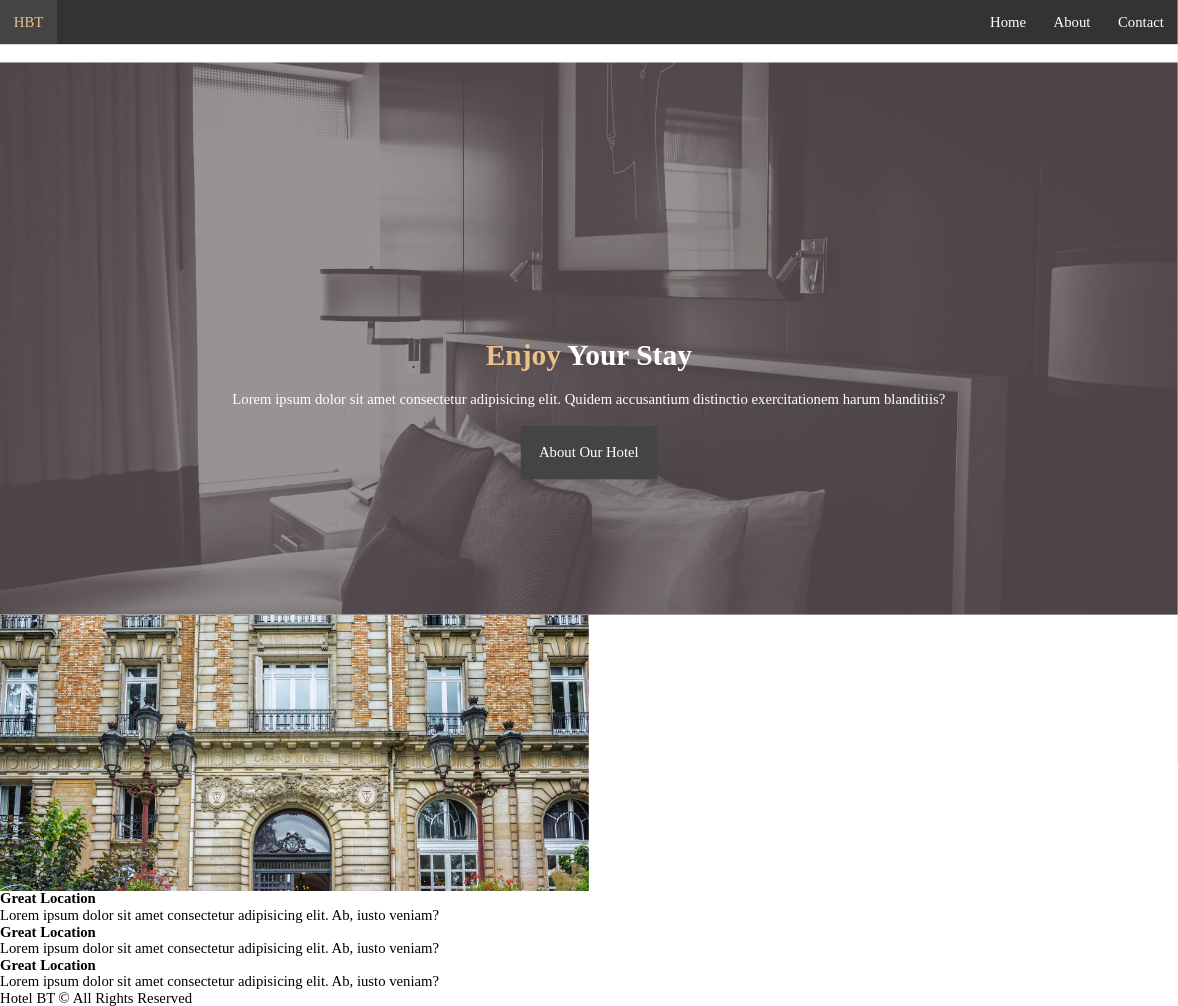
Repository: reemoon-ctrl/hotel-website
Page: 35 - hotel-website/index.html
The author's editor kept a copy of each file at every save. The page is drawn from the files as they stood at one save, then again after the next save.
The browser window is 1280 px wide. The pictures show the whole page, at 92% of full size.

Above is the page before, as saved 2024-07-21 12:30:23.

After the next save:
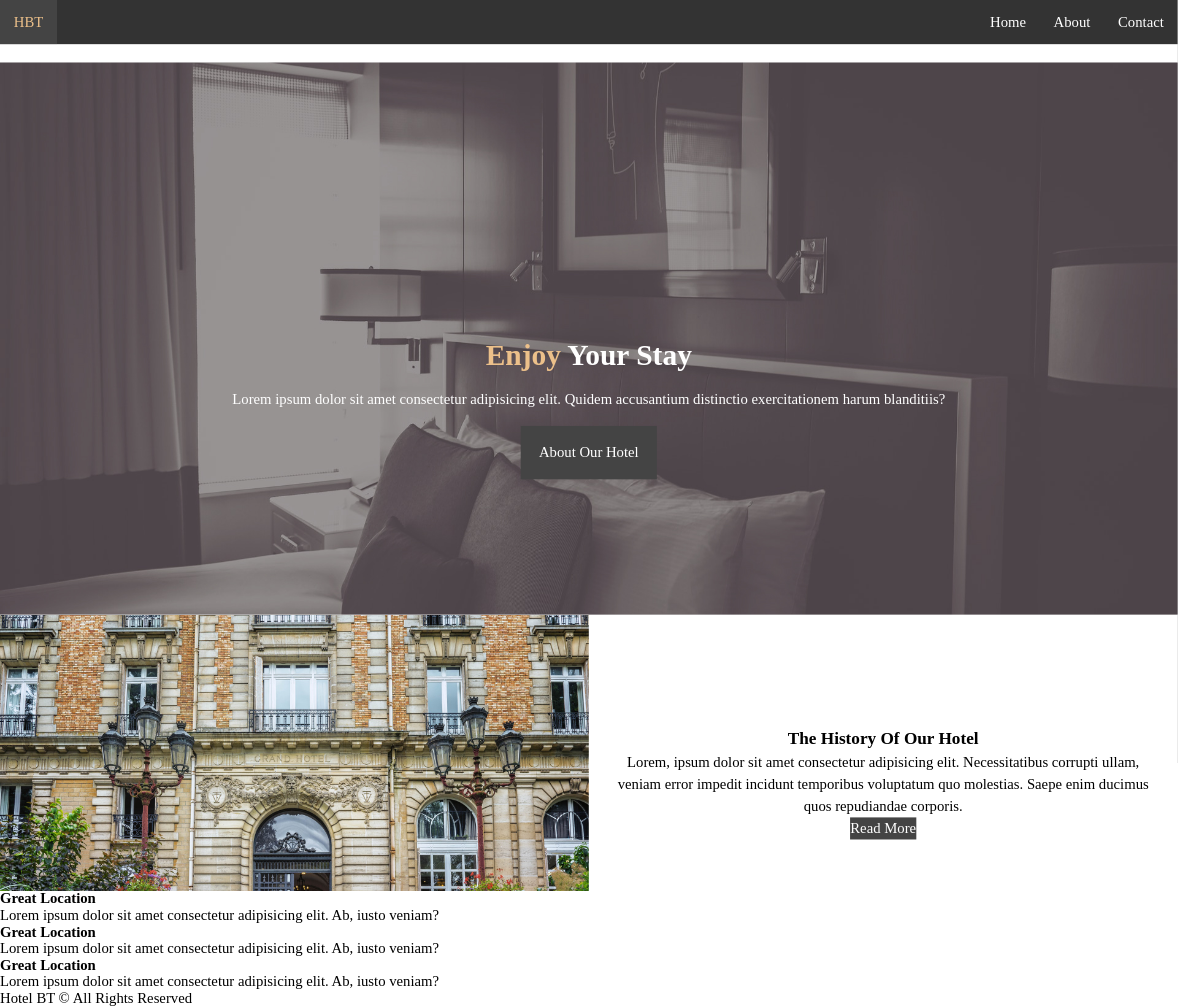
Saved 8 s later.
--- a/35 - hotel-website/index.css
+++ b/35 - hotel-website/index.css
@@ -92,7 +92,7 @@
     line-height: 1.5;
     padding:20px;
 }
-.hotel-disc{
+.hotel-disc a{
     position:relative;
     display: block;
     width: fit-content;
